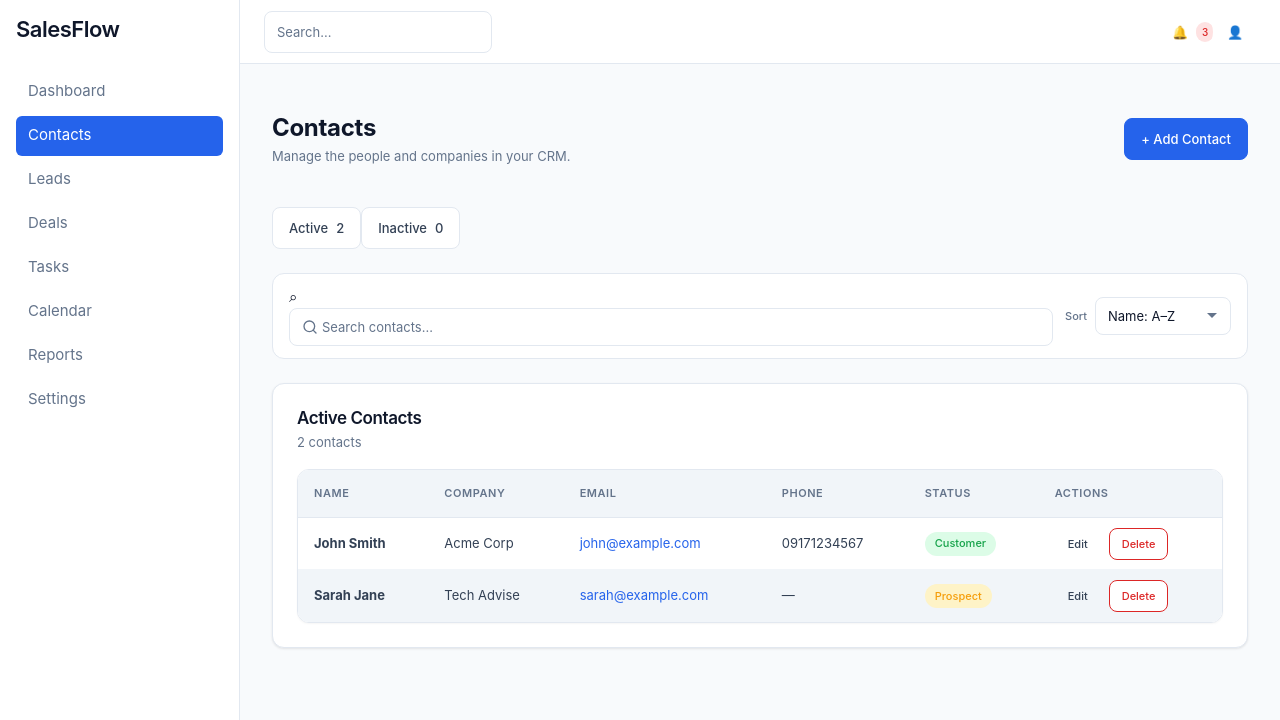
Repository: lawrencegonzaga-dev/salesflow-crm
Page: /contacts
These files come from the project's save history. The page is drawn as it stood at one moment and after the next save; the edit follows.
The browser window is 1280 px wide. The pictures show the whole page.
The project was rebuilt for these pictures with package versions that can differ from the ones it lists, and the page was loaded fresh each time. Also part of the build but not shown: vite.config.js, src/components/StatCard.jsx, src/components/DashboardLeads.jsx, src/components/DashboardDeals.jsx, src/components/DashboardTasks.jsx, src/components/RecentActivity.jsx, src/pages/Dashboard.jsx, src/components/ContactForm.jsx and 23 more.

Above is the page before, as saved 2026-08-18 16:20:41.

### index.html
<!doctype html>
<html lang="en">
  <head>
    <meta charset="UTF-8" />
    <link rel="icon" type="image/svg+xml" href="/favicon.svg" />
    <meta name="viewport" content="width=device-width, initial-scale=1.0" />
    <title>salesflow-crm</title>
  </head>
  <body>
    <div id="root"></div>
    <script type="module" src="/src/main.jsx"></script>
  </body>
</html>

### src/main.jsx
/* ========================================================= */
/* FILE: src/main.jsx */
/* ========================================================= */

import { StrictMode } from 'react';
import { createRoot } from 'react-dom/client';

import "./styles/main.css";
import App from './App.jsx';
import { CRMProvider } from "./context/CRMContext.jsx";

createRoot(document.getElementById('root')).render(
    <StrictMode>
        <CRMProvider>
            <App />
        </CRMProvider>
    </StrictMode>,
);

### src/styles/main.css
@import "./reset.css";
@import "./variables.css";
@import "./base.css";
@import "./layout.css";
@import "./utilities.css";

@import "./components/sidebar.css";
@import "./components/header.css";
@import "./components/toolbar.css";
@import "./components/button.css";
@import "./components/form.css";
@import "./components/card.css";
@import "./components/badge.css";
@import "./components/table.css";
@import "./components/modal.css";
@import "./components/kanban.css";
@import "./components/calendar.css";
@import "./components/leads.css";
@import "./crm.css";

/* main.css */

### src/App.jsx
/* ========================================================= */
/* FILE: src/App.jsx */
/* ========================================================= */

import { BrowserRouter, Routes, Route } from "react-router-dom";

import Dashboard from "./pages/Dashboard";
import Contacts from "./pages/Contacts";
import Leads from "./pages/Leads";
import Deals from "./pages/Deals";
import Tasks from "./pages/Tasks";
import Calendar from "./pages/Calendar";
import Reports from "./pages/Reports";
import Settings from "./pages/Settings";
import AppLayout from "./layouts/AppLayout";

function App() {
    return (
        <BrowserRouter>
            <Routes>
                <Route element={<AppLayout />}>
                    <Route path="/" element={<Dashboard />} />
                    <Route path="/dashboard" element={<Dashboard />} />
                    <Route path="/contacts" element={<Contacts />} />
                    <Route path="/leads" element={<Leads />} />
                    <Route path="/deals" element={<Deals />} />
                    <Route path="/tasks" element={<Tasks />} />
                    <Route path="/calendar" element={<Calendar />} />
                    <Route path="/reports" element={<Reports />} />
                    <Route path="/settings" element={<Settings />} />
                </Route>
            </Routes>
        </BrowserRouter>
    );
}

export default App;

### src/styles/reset.css
*,
*::before,
*::after {
  box-sizing: border-box;
}

html {
  -webkit-text-size-adjust: 100%;
}

body {
  margin: 0;
  background: var(--color-page);
  color: var(--color-text);
  font-family: var(--font-family);
  font-size: 16px;
  line-height: 1.5;

  -webkit-font-smoothing: antialiased;
  text-rendering: optimizeLegibility;
}

#root {
  min-height: 100vh;
}

h1, h2, h3, h4, h5, h6, p {
  margin: 0;
}

img, svg, video {
  display: block;
  max-width: 100%;
}

a {
  color: inherit;
}

### src/styles/utilities.css
.container {
  width: min(100%, var(--content-max-width));
  margin-inline: auto;
}

.visually-hidden {
  position: absolute;
  width: 1px;
  height: 1px;
  padding: 0;
  margin: -1px;
  overflow: hidden;
  clip: rect(0, 0, 0, 0);
  white-space: nowrap;
  border: 0;
}

### src/styles/components/sidebar.css
.app-sidebar {
  width: var(--sidebar-width);
  height: 100vh;

  padding: var(--sidebar-padding);

  display: flex;
  flex-direction: column;

  background: var(--color-surface);
  border-right: 1px solid var(--color-border);
  color: var(--color-text);
}

.app-sidebar h2 {
  margin: 0 0 28px;
  font-size: 22px;
  letter-spacing: -.5px;
}

.sidebar-nav {
  display: flex;
  flex-direction: column;
  gap: 4px;

  overflow-y: auto;
}

.sidebar-nav_item {
  min-height: var(--nav-item-height);

  display: flex;
  align-items: center;

  padding: var(--nav-item-padding);
  gap: var(--nav-item-gap);

  color: var(--color-text-muted);
  text-decoration: none;
  border-radius: var(--radius-sm);

  transition: background var(--transition-fast), color var(--transition-fast);
}

.sidebar-nav_item:hover {
  background: var(--color-surface-muted);
  color: var(--color-text);
}

.sidebar-nav_item.active {
  background: var(--color-action);
  color: white;
}

### src/styles/components/header.css
.app-header {
  height: var(--header-height);

  display: flex;
  align-items: center;
  justify-content: space-between;

  padding: var(--header-padding);

  background: var(--color-surface);
  border-bottom: 1px solid var(--color-border);
  color: var(--color-text);
}

.app-header_left,
.app-header_right {
  display: flex;
  align-items: center;
  gap: var(--header-item-gap);
}

.menu-button {
  display: none;
}

@media (max-width: 768px) {
  .app-header {
    padding: 0 16px;
  }

  .app-header_right {
    display: none;
  }

  .menu-button {
    display: inline-grid;
    width: 40px;
    height: 40px;
    place-items: center;
    padding: 0;
    font-size: 20px;
    border-radius: var(--radius-sm);
  }
}
/* header.css */

### src/styles/components/toolbar.css
/* ========================================================= */
/* FILE: src/styles/components/toolbar.css */
/* ========================================================= */

.toolbar {
  display: flex;
  flex-wrap: wrap;
  align-items: center;
  gap: var(--space-3);
  padding: var(--space-3) var(--space-4);
  background: var(--color-surface);
  border: 1px solid var(--color-border);
  border-radius: var(--radius-lg);
}

.toolbar .search-field {
  flex: 1 1 260px;
  min-width: 160px;
}

.toolbar .search-field input {
  min-height: 38px;
  height: 38px;
  padding-left: var(--space-8);
  background-image: url("data:[embedded picture, 278 characters]");
  background-repeat: no-repeat;
  background-position: var(--space-3) center;
  background-size: 16px;
}

.toolbar .filter-group {
  display: flex;
  align-items: center;
  gap: var(--space-2);
}

.toolbar .filter-group label {
  font-size: var(--text-xs);
  font-weight: var(--font-weight-medium);
  color: var(--color-text-muted);
  white-space: nowrap;
}

.toolbar select {
  min-height: 38px;
  height: 38px;
  min-width: 130px;
}

/* ================================
   TOOLBAR VARIANTS
   ================================ */

.toolbar--compact {
  padding: var(--space-2) var(--space-3);
  gap: var(--space-2);
}

.toolbar--compact select {
  min-height: 34px;
  height: 34px;
  min-width: 110px;
  font-size: var(--text-xs);
}

.toolbar--compact .search-field input {
  min-height: 34px;
  height: 34px;
  font-size: var(--text-xs);
}

/* ================================
   PAGE TOOLBAR
   ================================ */

.page-toolbar {
  display: flex;
  align-items: center;
  justify-content: space-between;
  gap: var(--space-4);
  flex-wrap: wrap;
}

.page-toolbar-left,
.page-toolbar-right {
  display: flex;
  align-items: center;
  gap: var(--space-3);
  flex-wrap: wrap;
}

/* ================================
   RESPONSIVE
   ================================ */

@media (max-width: 768px) {
  .toolbar {
    flex-direction: column;
    align-items: stretch;
  }

  .toolbar .search-field {
    flex: 1 1 auto;
    min-width: auto;
  }

  .toolbar .filter-group {
    flex-wrap: wrap;
  }

  .toolbar select {
    flex: 1 1 auto;
    min-width: auto;
  }

  .page-toolbar {
    flex-direction: column;
    align-items: stretch;
  }

  .page-toolbar-left,
  .page-toolbar-right {
    flex-wrap: wrap;
  }
}

/* toolbar.css */

### src/styles/components/badge.css
/* ========================================================= */
/* FILE: src/styles/components/badge.css */
/* ========================================================= */

.badge {
  display: inline-flex;
  align-items: center;
  gap: var(--space-1);
  min-height: 24px;
  padding: 0 var(--space-2-5);
  font-size: var(--text-xs);
  font-weight: var(--font-weight-medium);
  line-height: 1;
  border-radius: var(--radius-full);
  white-space: nowrap;
  transition: all var(--transition-fast);
}

/* ================================
   BADGE VARIANTS
   ================================ */

.badge--primary {
  color: var(--color-action);
  background: var(--color-action-light);
}

.badge--success {
  color: var(--color-success);
  background: var(--color-success-light);
}

.badge--warning {
  color: var(--color-warning);
  background: var(--color-warning-light);
}

.badge--danger {
  color: var(--color-danger);
  background: var(--color-danger-light);
}

.badge--info {
  color: var(--color-info);
  background: var(--color-info-light);
}

.badge--neutral {
  color: var(--color-text-muted);
  background: var(--color-surface-muted);
}

.badge--dark {
  color: var(--color-text-inverse);
  background: var(--color-text);
}

/* ================================
   BADGE SIZES
   ================================ */

.badge--sm {
  min-height: 20px;
  padding: 0 var(--space-1-5);
  font-size: 10px;
}

.badge--lg {
  min-height: 28px;
  padding: 0 var(--space-3-5);
  font-size: var(--text-sm);
}

/* ================================
   DOT BADGE
   ================================ */

.badge--dot {
  padding-left: var(--space-1-5);
}

.badge--dot::before {
  content: "";
  display: inline-block;
  width: 6px;
  height: 6px;
  border-radius: 50%;
  margin-right: var(--space-1);
}

.badge--primary.badge--dot::before {
  background: var(--color-action);
}

.badge--success.badge--dot::before {
  background: var(--color-success);
}

.badge--warning.badge--dot::before {
  background: var(--color-warning);
}

.badge--danger.badge--dot::before {
  background: var(--color-danger);
}

/* ================================
   BADGE WITH COUNT
   ================================ */

.badge--count {
  min-width: 24px;
  justify-content: center;
  padding: 0 var(--space-1-5);
  border-radius: var(--radius-full);
  font-size: var(--text-xs);
  font-weight: var(--font-weight-bold);
}

/* badge.css */

### src/styles/components/kanban.css
/* Canonical kanban board + deal card styles.
   This file is the single source of truth for these selectors —
   they were previously duplicated (with conflicting values) in
   the page-specific stylesheet. */

.kanban-board {
  display: grid;
  grid-template-columns: repeat(6, minmax(0, 1fr));
  gap: 12px;

  width: 100%;
  min-width: 1360px;


  padding-bottom: 8px;
}

.kanban-column {
  min-width: 0px;
  padding: 12px;

  background: var(--color-surface-muted);
  border-radius: var(--radius-md);
}

.kanban-column_header {
  display: flex;
  align-items: center;
  justify-content: space-between;

  gap: 12px;
  margin-bottom: 12px;
}

.kanban-column_header h2 {
  margin: 0;
  font-size: var(--text-base);
}

.kanban-column_body {
  display: flex;
  flex-direction: column;
  gap: 12px;

  min-height: 120px;
}

.deal-card {
  display: grid;
  gap: 6px;

  padding: 12px;

  background: var(--color-surface);
  border: 1px solid var(--color-border);
  border-radius: var(--radius-sm);

  transition: box-shadow var(--transition-fast);
}

.deal-card:hover {
  box-shadow: var(--shadow-sm);
}

.deal-card h3 {
  margin: 0;
  font-size: var(--text-base);
  line-height: 1.4;
}

.deal-card p {
  margin: 0;
  color: var(--color-text-muted);
  font-size: var(--text-sm);
  line-height: 1.5;
}

.deal-card strong {
  margin-top: 4px;
  color: var(--color-action);
  font-size: var(--text-lg);
  line-height: 1.4;
}

.deal-card small {
  color: var(--color-text-muted);
  font-size: var(--text-xs);
  line-height: 1.5;
}

.deal-card .row-actions {
  display: flex;
  flex-wrap: wrap;
  align-items: center;
  gap: 8px;

  margin-top: 6px;
}

.deal-card .row-actions button {
  min-height: 32px;
  padding: 6px 8px;
  white-space: nowrap;
}

.deal-card .button--danger {
  color: var(--color-danger);
}

.kanban-empty {
  margin: 8px 0;

  padding: 20px;

  border: 1px dashed var(--color-border);
  border-radius: var(--radius-md);

  color: var(--color-text-muted);
  font-size: var(--text-sm);
  text-align: center;
}

.kanban-column--drop-target {
  border: 2px dashed var(--color-action);
  background: color-mix(
    in srgb,
    var(--color-action) 6%,
    var(--color-surface-muted)
  );
}

.deal-card {
  cursor: grab;
}

.deal-card:active {
  cursor: grabbing;
}

@media (max-width: 768px) {
  .kanban-board {
    grid-template-columns: repeat(6, minmax(220px, 1fr));
    gap: 16px;
  }

  .kanban-column {
    min-width: 220px;
  }

  .deal-card {
    padding: 14px;
  }
}

### src/styles/components/leads.css
.lead-pipeline {
  display: grid;
  grid-template-columns: repeat(6, minmax(190px, 1fr));
  gap: 12px;
  overflow-x: auto;
  padding: 4px 0 16px;
}

.lead-pipeline__stage {
  min-width: 190px;
  background: var(--color-surface-muted);
  border: 1px solid var(--color-border);
  border-radius: var(--radius-md);
  padding: 12px;
   min-height: 200px;
}

.lead-pipeline__stage header {
  display: flex;
  align-items: center;
  justify-content: space-between;
}

.lead-pipeline__stage h2 {
  font-size: 15px;
  margin: 0;
}

.lead-pipeline__stage header span {
  border-radius: var(--radius-full);
  background: var(--color-border);
  padding: 2px 8px;
  font-size: 12px;
}

.lead-pipeline__items {
  display: grid;
  gap: 8px;
  margin-top: 12px;
}

.lead-pipeline__card {
  display: block;
  width: 100%;
  text-align: left;
  padding: 12px;
  min-height: 90px;
  background: var(--color-surface);
  border: 1px solid var(--color-border);
  border-radius: var(--radius-sm);
  cursor: pointer;
  color: inherit;
  transition: border-color var(--transition-fast);
}

.lead-pipeline__card:hover,
.lead-pipeline__card:focus-visible {
  border-color: var(--color-action);
  outline: none;
}

.lead-pipeline__card h3 {
  margin: 0 0 4px;
  font-size: 14px;
}

.lead-pipeline__card p {
  font-size: 12px;
  margin: 2px 0;
  color: var(--color-text-muted);
}

.lead-table-wrap {
  overflow-x: auto;
}

.lead-table__empty {
  padding: 32px;
  text-align: center;
  color: var(--color-text-muted);
}

.lead-stage {
  display: inline-block;
  border-radius: var(--radius-full);
  background: color-mix(in srgb, var(--color-action) 12%, transparent);
  color: var(--color-action);
  padding: 2px 8px;
  font-size: 12px;
}
/* leads.css */

### src/layouts/AppLayout.jsx
/* ========================================================= */
/* FILE: src/layouts/AppLayout.jsx */
/* ========================================================= */

import { useState } from "react";
import { Outlet } from "react-router-dom";

import Sidebar from "../components/Sidebar";
import Header from "../components/Header";

function AppLayout() {
    const [isNavigationOpen, setIsNavigationOpen] = useState(false);

    return (
        <div className="app-layout">
            <Sidebar
                isOpen={isNavigationOpen}
                onNavigate={() => setIsNavigationOpen(false)}
            />

            <Header
                isNavigationOpen={isNavigationOpen}
                onMenuToggle={() => setIsNavigationOpen((isOpen) => !isOpen)}
            />

            <main className="app-main">
                <div className="app-main-content">
                    <Outlet />
                </div>
            </main>

            {isNavigationOpen && (
                <button
                    className="navigation-backdrop"
                    type="button"
                    aria-label="Close navigation"
                    onClick={() => setIsNavigationOpen(false)}
                />
            )}
        </div>
    );
}

export default AppLayout;

### src/components/ContactTable.jsx
/* ========================================================= */
/* FILE: src/components/ContactTable.jsx */
/* ========================================================= */

import ContactRow from "./ContactRow";

function ContactTable({
    contacts,
    onDeleteContact,
    onEditContact
}) {
    if (contacts.length === 0) {
        return (
            <div className="table-empty">
                <div className="empty-icon">📭</div>
                <div className="empty-title">No contacts found</div>
                <div className="empty-description">
                    Try adjusting your search or filters
                </div>
            </div>
        );
    }

    return (
        <div className="table-wrap">
            <table className="table table--striped">
                <thead>
                    <tr>
                        <th>Name</th>
                        <th>Company</th>
                        <th>Email</th>
                        <th>Phone</th>
                        <th>Status</th>
                        <th>Actions</th>
                    </tr>
                </thead>
                <tbody>
                    {contacts.map((contact) => (
                        <ContactRow
                            key={contact.id}
                            contact={contact}
                            onDeleteContact={onDeleteContact}
                            onEditContact={onEditContact}
                        />
                    ))}
                </tbody>
            </table>
        </div>
    );
}

export default ContactTable;

### src/components/Sidebar.jsx
import { NavLink } from "react-router-dom";
import navigation from "../data/navigation";

function Sidebar({ isOpen, onNavigate }) {
    return (
        <aside className={`app-sidebar ${isOpen ? "app-sidebar--open" : ""}`}>
            <h2>SalesFlow</h2>

            <nav className="sidebar-nav">
                {navigation.map((item) => (
                    <NavLink
                        key={item.path}
                        to={item.path}
                        className="sidebar-nav_item"
                        onClick={onNavigate}
                    >
                        {item.label}
                    </NavLink>
                ))}
            </nav>
        </aside>
    );
}

export default Sidebar;

### src/components/Header.jsx
/* ========================================================= */
/* FILE: src/components/Header.jsx */
/* ========================================================= */

import { useState } from "react";

function Header({ isNavigationOpen, onMenuToggle }) {
    const [searchQuery, setSearchQuery] = useState("");

    return (
        <header className="app-header">
            <div className="app-header-left">
                <button
                    className="menu-button"
                    type="button"
                    aria-label="Toggle navigation"
                    aria-expanded={isNavigationOpen}
                    onClick={onMenuToggle}
                >
                    ☰
                </button>

                <div className="header-search">
                    <input
                        type="text"
                        placeholder="Search..."
                        value={searchQuery}
                        onChange={(e) => setSearchQuery(e.target.value)}
                        className="header-search-input"
                    />
                </div>
            </div>

            <div className="app-header-right">
                <button className="button button--ghost button--icon" aria-label="Notifications">
                    🔔
                    <span className="badge badge--danger badge--sm">3</span>
                </button>
                <button className="button button--ghost button--icon" aria-label="Profile">
                    👤
                </button>
            </div>
        </header>
    );
}

export default Header;

### src/components/ContactRow.jsx
/* ========================================================= */
/* FILE: src/components/ContactRow.jsx */
/* ========================================================= */

function ContactRow({ contact, onDeleteContact, onEditContact }) {
    function getStatusBadge(status) {
        const classes = {
            Prospect: "badge badge--warning",
            Customer: "badge badge--success",
            Inactive: "badge badge--neutral"
        };
        return classes[status] || "badge badge--neutral";
    }

    return (
        <tr>
            <td>
                <strong>{contact.name}</strong>
            </td>
            <td>{contact.company || "—"}</td>
            <td>
                <a href={`mailto:${contact.email}`} className="text-primary">
                    {contact.email}
                </a>
            </td>
            <td>{contact.phone || "—"}</td>
            <td>
                <span className={getStatusBadge(contact.status)}>
                    {contact.status}
                </span>
            </td>
            <td>
                <div className="row-actions">
                    <button
                        type="button"
                        className="button button--sm button--ghost"
                        onClick={() => onEditContact(contact)}
                    >
                        Edit
                    </button>
                    <button
                        type="button"
                        className="button button--sm button--danger"
                        onClick={() => {
                            if (window.confirm(`Delete "${contact.name}"?`)) {
                                onDeleteContact(contact.id);
                            }
                        }}
                    >
                        Delete
                    </button>
                </div>
            </td>
        </tr>
    );
}

export default ContactRow;

### src/styles/components/tab.css
.tabs {
    display: flex;
    gap: 24px;
    border-bottom: 1px solid var(--color-border);
    margin-bottom: 24px;
}

.tab {
    position: relative;

    padding: 12px 4px;

    border: 0;
    background: transparent;

    color: var(--color-text-muted);
    font: inherit;
    font-weight: 500;

    cursor: pointer;
}

.tab--active {
    color: var(--color-text);
}

.tab--active::after {
    content: "";

    position: absolute;
    left: 0;
    right: 0;
    bottom: -1px;

    height: 2px;

    background: currentColor;
}

.tab-count {
    margin-left: 8px;
    font-size: 0.875rem;
}

### src/styles/components/pagination.css
.pagination {
    display: flex;
    align-items: center;
    justify-content: space-between;

    padding: 16px 0 0;
    margin-top: 16px;

    border-top: 1px solid var(--color-border);
}

.pagination-pages {
    display: flex;
    gap: 4px;
}

.pagination-page {
    min-width: 36px;
    height: 36px;

    border: 1px solid var(--color-border);
    border-radius: var(--radius-md);

    background: transparent;

    cursor: pointer;
}

.pagination-page--active {
    background: var(--color-primary);
    color: white;
}

.pagination button:disabled {
    opacity: 0.5;
    cursor: not-allowed;
}

Loaded but not shown: src/data/navigation.js (48 lines, source omitted); src/pages/Contacts.jsx (463 lines, source omitted); src/styles/crm.css (441 lines, source omitted); src/context/CRMContext.jsx (129 lines, source omitted); src/styles/variables.css (230 lines, source omitted); src/styles/components/modal.css (221 lines, source omitted); src/styles/components/form.css (194 lines, source omitted); src/styles/layout.css (206 lines, source omitted); src/styles/components/button.css (158 lines, source omitted); src/styles/components/table.css (162 lines, source omitted); src/styles/base.css (167 lines, source omitted); src/styles/components/card.css (154 lines, source omitted); src/styles/components/calendar.css (148 lines, source omitted)

After the next save:
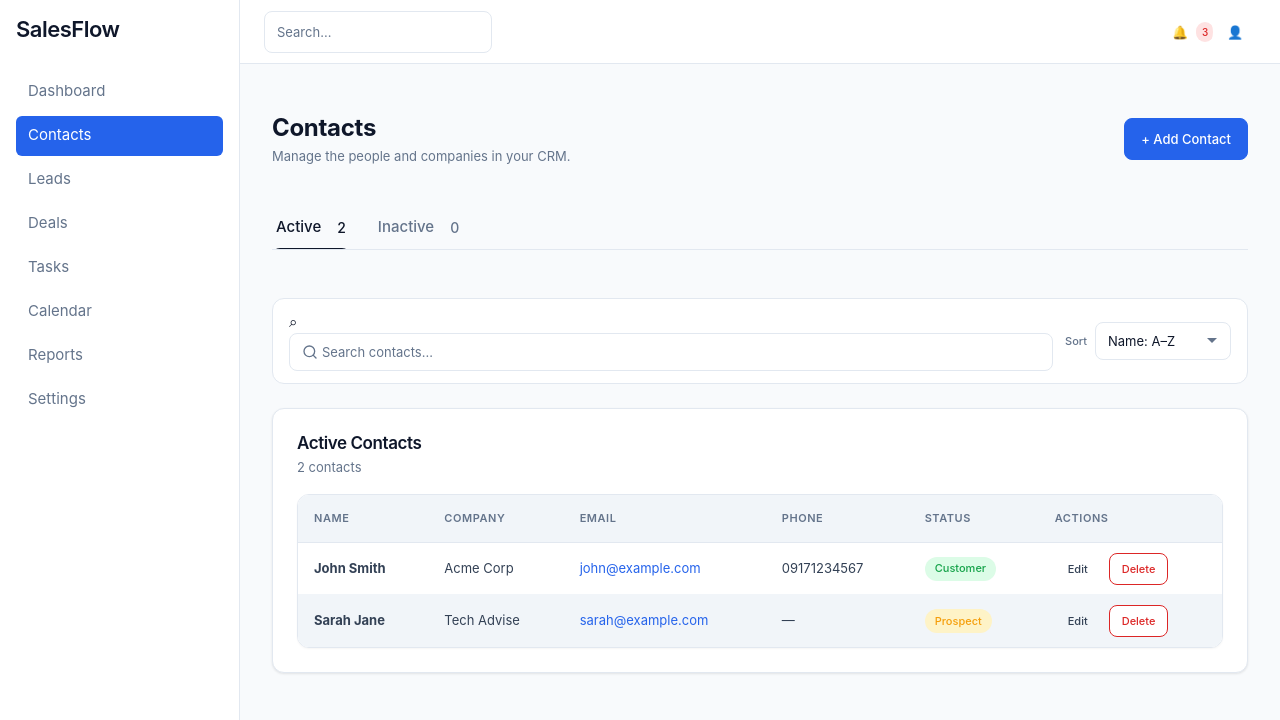
Saved 2 min 10 s later.
--- a/src/styles/main.css
+++ b/src/styles/main.css
@@ -16,6 +16,8 @@
 @import "./components/kanban.css";
 @import "./components/calendar.css";
 @import "./components/leads.css";
+@import "./components/tab.css";
+@import "./components/pagination.css";
 @import "./crm.css";
 
 /* main.css */
